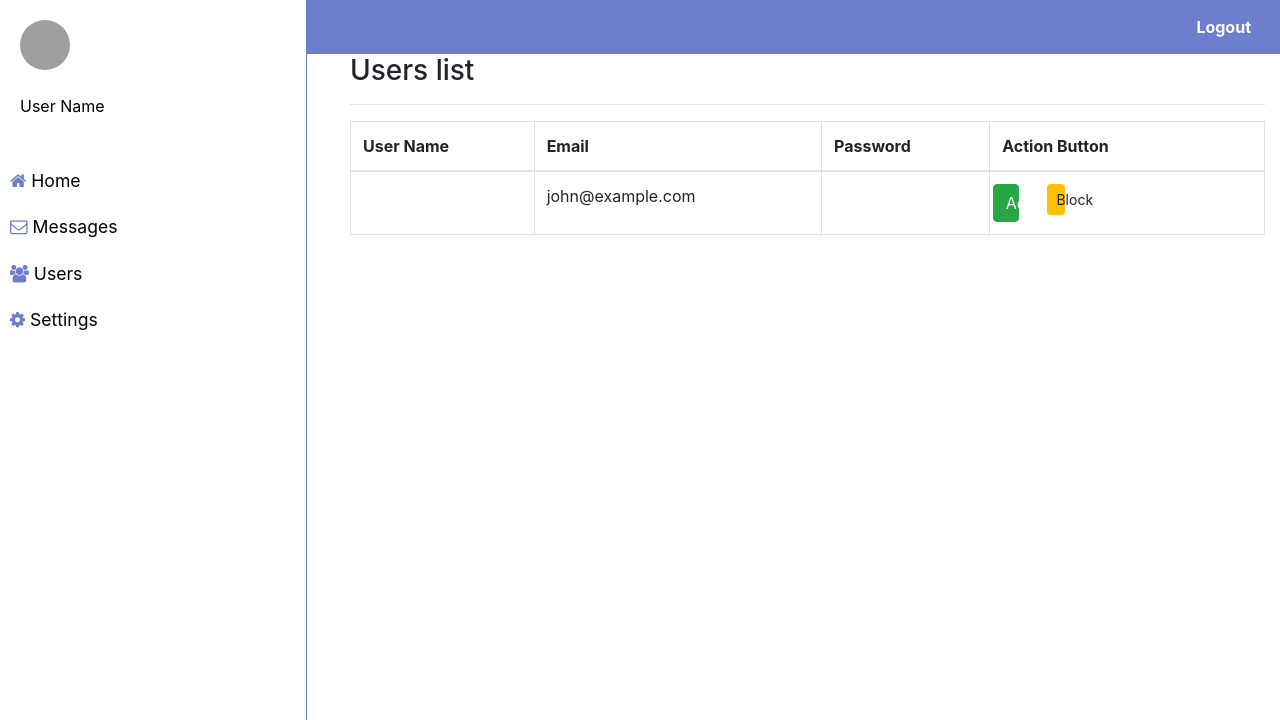
Repository: Evelyn-kate/chatapp-frontend-backend
Page: /users (app in my-app/)
The author's editor kept a copy of each file at every save. The page is drawn from the files as they stood at one save, then again after the next save.
The browser window is 1280 px wide. The pictures show the whole page.
Pictures or frames that could not be fetched are drawn as grey boxes. Some web libraries are served in a nearby version. The project was rebuilt for these pictures with package versions that can differ from the ones it lists, and the page was loaded fresh each time. Also part of the build but not shown: my-app/src/components/WelcomeComponent.jsx, my-app/src/components/LoginComponent.jsx, my-app/src/components/WelcomedComponent.jsx, my-app/src/components/SettingsComponent.jsx, my-app/src/components/MessageComponent.jsx, my-app/src/components/AddComponent.jsx.

Above is the page before, as saved 2020-11-13 15:03:36.

After the next save:
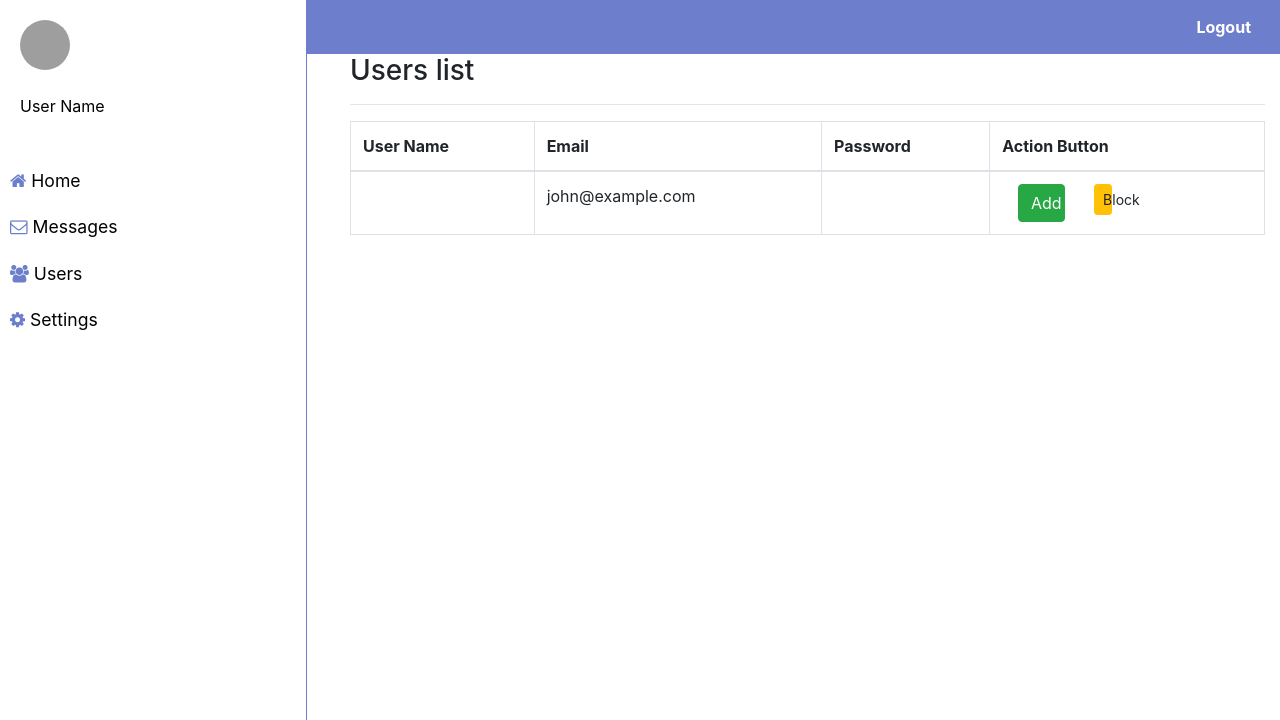
Saved 57 s later.
--- a/my-app/src/components/UserComponent.jsx
+++ b/my-app/src/components/UserComponent.jsx
@@ -54,7 +54,7 @@ class UserComponent extends React.Component {
                                                     <td></td>
                                                     <td>
                                                         <div className="row">
-                                                            <div className="col-2">
+                                                            <div className="col-4">
                                                                 <button className="btn btn-success">Add<a href="/users/add"></a></button>
                                                             </div>
                                                             <div className="col-2">
